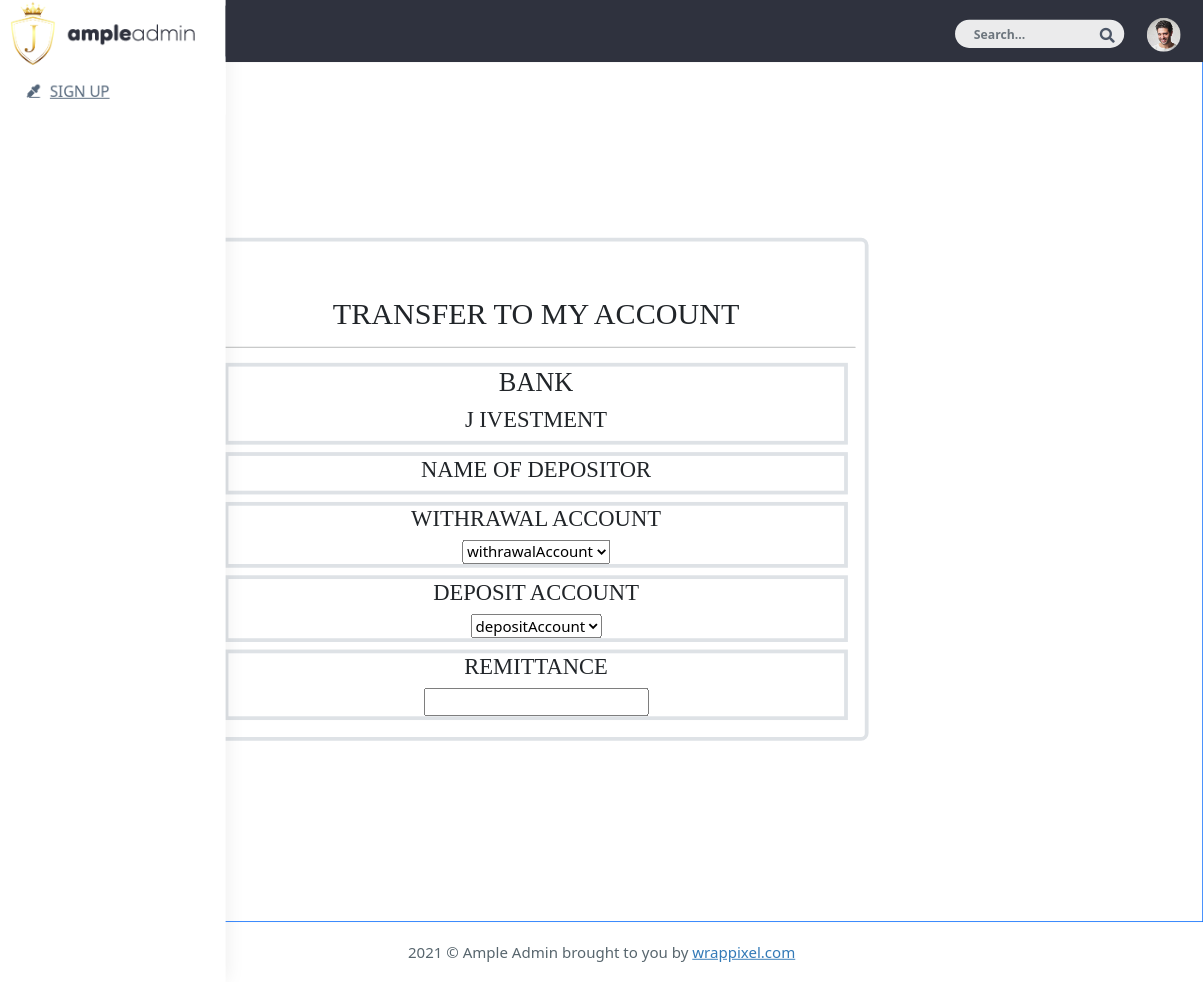
Repository: chopilyeon/HanaOpenBanking
Page: http://localhost/OpenBanking/jsp/bank/transferToMyAccount.jsp
An editor plug-in stored every save of this project. The page is shown before and after the next save, followed by the edit.
The browser window is 1280 px wide. The pictures show the whole page, at 94% of full size.
Some web fonts or font styles are not loaded; a fallback is used. The page is served by Tomcat 9.

Above is the page before, as saved 2022-07-17 09:35:53.
Console error: TypeError: Cannot read properties of null (reading 'querySelector')

After the next save:
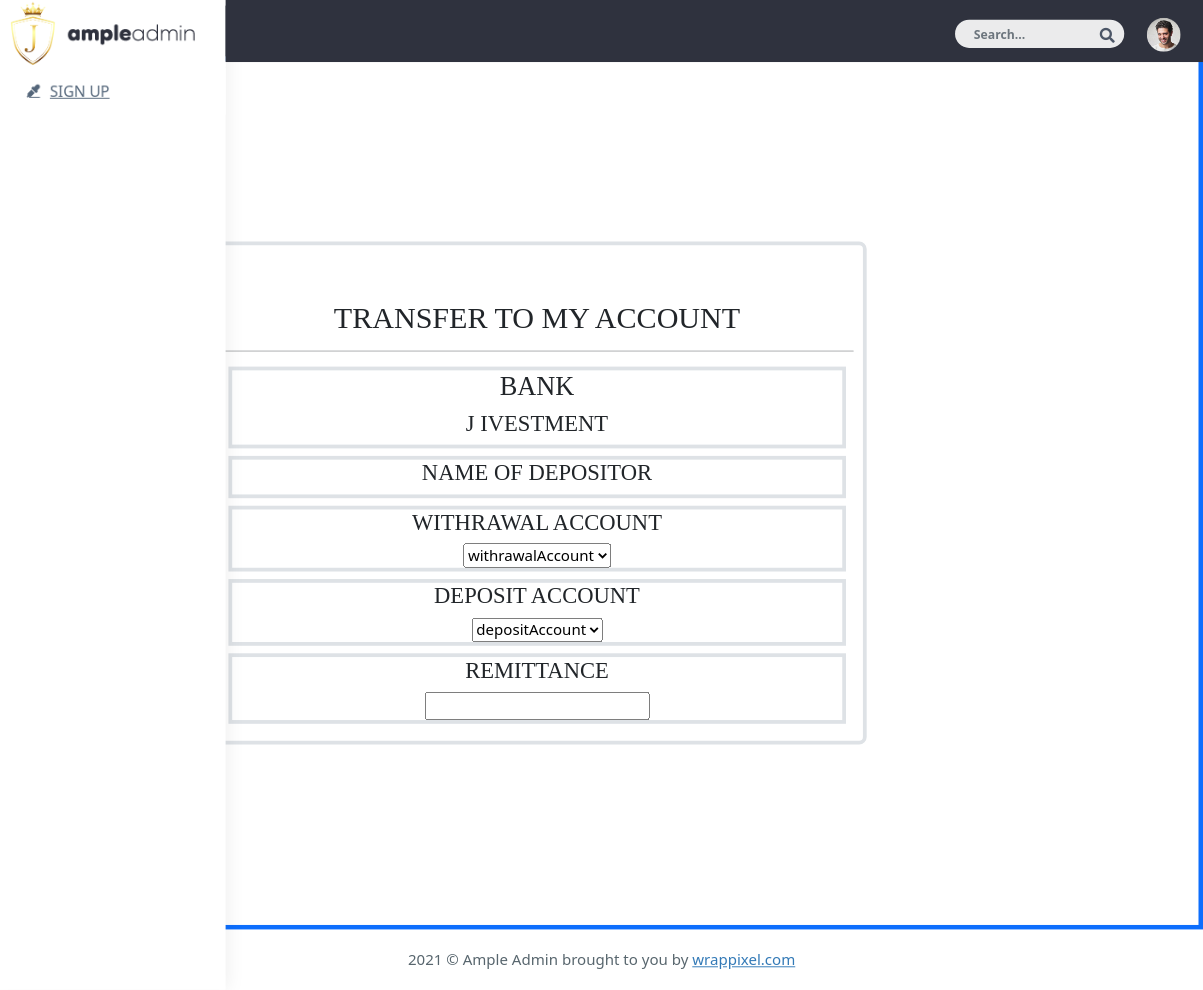
Saved 32 s later.
--- a/OpenBanking/src/main/webapp/jsp/bank/transferToMyAccount.jsp
+++ b/OpenBanking/src/main/webapp/jsp/bank/transferToMyAccount.jsp
@@ -46,7 +46,7 @@
 
 
 
-<form class="border border-primary">
+<form class="border border-primary border-5">
 <input type="hidden" name ="depositName" value="${userVO.name}">
 <input type="hidden" name ="bankCode" value="20">
 	<div class="social-box m-5 p-5">
